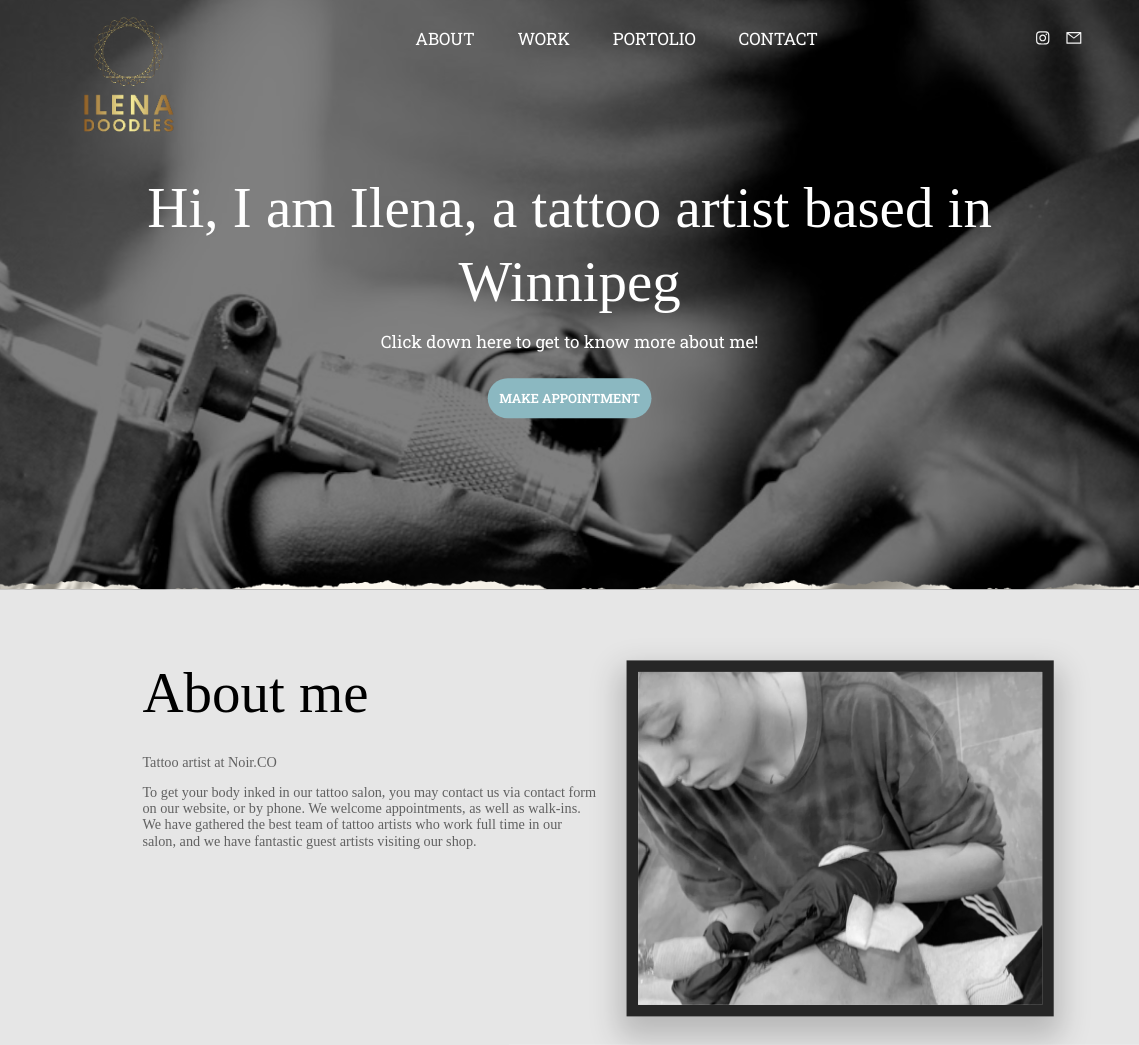
Repository: Leoka2000/Ilena
Page: /
These files come from the project's save history. The page is drawn as it stood at one moment and after the next save; the edit follows.
The browser window is 1280 px wide. The pictures show the whole page, at 89% of full size.
Some web fonts or font styles are not loaded; a fallback is used. The project was rebuilt for these pictures with package versions that can differ from the ones it lists, and the page was loaded fresh each time. Also part of the build but not shown: src/App.css.

Above is the page before, as saved 2023-03-02 23:36:33.

### public/index.html
<!DOCTYPE html>
<html lang="en">
  <head>
    <meta charset="utf-8" />
    <link rel="icon" href="%PUBLIC_URL%/favicon.ico" />
    <meta name="viewport" content="width=device-width, initial-scale=1" />
    <meta name="theme-color" content="#000000" />
    <meta
      name="description"
      content="Web site created using create-react-app"
    />
    <link rel="apple-touch-icon" href="%PUBLIC_URL%/logo192.png" />
    <!--
      manifest.json provides metadata used when your web app is installed on a
      user's mobile device or desktop. See https://developers.google.com/web/fundamentals/web-app-manifest/
    -->

    <!-- Gloock -->
    <link rel="preconnect" href="https://fonts.googleapis.com">
<link rel="preconnect" href="https://fonts.gstatic.com" crossorigin>
<link href="https://fonts.googleapis.com/css2?family=Fira+Sans+Extra+Condensed:wght@300&family=Inter:wght@300;400;500;600;700&family=Roboto+Condensed:wght@300&family=Roboto+Slab:wght@400;500;600&display=swap" rel="stylesheet">
    <!-- Gloock -->
    <!-- FONT MULISH -->
    <link rel="preconnect" href="https://fonts.googleapis.com">
<link rel="preconnect" href="https://fonts.gstatic.com" crossorigin>
<link href="https://fonts.googleapis.com/css2?family=Fira+Sans+Extra+Condensed:wght@300&family=Inter:wght@300;400;500;600;700&family=Roboto+Condensed:wght@300&family=Roboto+Slab:wght@400;500;600&display=swap" rel="stylesheet">
    <!-- FONT MULISH -->
    <link rel="manifest" href="%PUBLIC_URL%/manifest.json" />
    <!--
      Notice the use of %PUBLIC_URL% in the tags above.
      It will be replaced with the URL of the `public` folder during the build.
      Only files inside the `public` folder can be referenced from the HTML.

      Unlike "/favicon.ico" or "favicon.ico", "%PUBLIC_URL%/favicon.ico" will
      work correctly both with client-side routing and a non-root public URL.
      Learn how to configure a non-root public URL by running `npm run build`.
    -->
    <title>React App</title>
  </head>
  <body>
    <noscript>You need to enable JavaScript to run this app.</noscript>
    <div id="root"></div>
    <!--
      This HTML file is a template.
      If you open it directly in the browser, you will see an empty page.

      You can add webfonts, meta tags, or analytics to this file.
      The build step will place the bundled scripts into the <body> tag.

      To begin the development, run `npm start` or `yarn start`.
      To create a production bundle, use `npm run build` or `yarn build`.
    -->
  </body>
</html>

### src/App.js
import Home from './pages/home/home'
import './App.css';
import Navbar from './components/navbar';

function App() {
  return (
    <>
      <Navbar/>
    <Home/>
    </>
  );
}

export default App;

### src/pages/home/home.js
import React from 'react'
import Hero from '../hero/hero'
import About from '../about/about'


const home = () => {
  return (
    <>
      <Hero/>
      <About/>
    </>
  )
}

export default home

### src/components/navbar.jsx
import React, { useRef, useState } from 'react'
import './navbar.css'
import { AiOutlineInstagram } from 'react-icons/ai'
import { AiOutlineMail } from 'react-icons/ai'
import Logo from '../assets/brand/logo.png'
import { FaBars } from 'react-icons/fa'
import { FaTimes } from 'react-icons/fa'
import { Link } from 'react-scroll'

const Navbar = () => {
  const navRef = useRef();

  const showNavbar = () => {
    navRef.current.classList.toggle("responsive_nav");
  };

  return (
    <div className='navbar-renderer'>
      <nav ref={navRef}>
        <img src={Logo} />
        <ul>
          <li><Link onClick={showNavbar} spy={true} smooth={true} offset={100} duration={500}>ABOUT</Link></li>
          <li><Link onClick={showNavbar} spy={true} smooth={true} offset={100} duration={500}>WORK</Link></li>
          <li><Link onClick={showNavbar} spy={true} smooth={true} offset={100} duration={500}>PORTOLIO</Link></li>
          <li><Link onClick={showNavbar} spy={true} smooth={true} offset={100} duration={500}>CONTACT</Link></li>
        </ul>
        <div className='navbar-icons-wrapper'>
          <a><AiOutlineInstagram /></a>
          <a><AiOutlineMail /></a>
        </div>
        <button
          className="close"
          onClick={showNavbar}>
          <FaTimes />
        </button>
      </nav>

      <button onClick={showNavbar} className='bars-button'>
        <FaBars className='bars' />
      </button>
    </div>
  )
}

export default Navbar

### src/pages/hero/hero.js
import React from 'react'
import './hero.css'

const hero = () => {
  return (
    <section className='hero-section'>
      <h1>Hi, I am Ilena, a tattoo artist based in Winnipeg</h1>
      <p>Click down here to get to know more about me!</p>
      <button>MAKE APPOINTMENT</button>
    </section>
  )
}

export default hero

### src/pages/about/about.jsx
import React from 'react'
import './about.css'
import Illena from '../../assets/brand/Illena.jpg'
import Illena2 from '../../assets/brand/Illena2.jpg'

const About = () => {
  return (
    <section className='about-section'>
      <div className='left-about'>
        <h1>About me</h1>
        <h3>Tattoo artist at Noir.CO</h3>
        <p>To get your body inked in our tattoo salon, you may contact us via contact form on our website, or by phone. We welcome appointments, as well as walk-ins. We have gathered the best team of tattoo artists who work full time in our salon, and we have fantastic guest artists visiting our shop.</p>
      </div>
      <div className='right-about'>
        <div className='img-thumbnail'><img src={Illena2}/></div>
      </div>
    </section>
  )
}

export default About

### src/components/navbar.css
.navbar-renderer {
    display: flex;
    justify-content: center;
    position:absolute;
    width: 100%;
    z-index: 1;
}
nav {
    display: flex;
    height: 85px;
background-color: transparent;
justify-content: space-between;
align-items: center;
width: 90%;
font-family: 'Fira Sans Extra Condensed', sans-serif;
font-family: 'Inter', sans-serif;
font-family: 'Roboto Condensed', sans-serif;
font-family: 'Roboto Slab', serif;

}
nav > img {
width: 10rem;
height: 10rem;
margin-top: 5rem;
}

nav > ul {
    display: flex;
    gap: 3rem;
    font-size: 1.2rem;
    color: white;
}
nav > ul > li:hover {
    color: rgb(133, 113, 0);
}
nav > ul > li {
   list-style: none;
   cursor: pointer;
   transition: 0.5s;

}
.navbar-icons-wrapper {
    display: flex;
    color: whitesmoke;
    font-size: 1.2rem;
    gap: 1rem;

}
.navbar-icons-wrapper > a > svg {
    transition: 0.4s;
}
.navbar-icons-wrapper > a > svg:hover {
    cursor: pointer;
    color: rgb(133, 113, 0);
}
.bars-button {
    position: fixed;
    right: 10rem;
    font-size: 2rem;
    background-color: transparent;
    outline: none;
    border: none;
    cursor: pointer;
    display: none;
}
.close {
    display: none;
}
@media only screen and (max-width: 1024px) {
    .bars-button {
        position: fixed;
        right: 1.5em;
        top: 1.5rem;
        font-size: 2rem;
        background-color: transparent;
        outline: none;
        border: none;
        cursor: pointer;
        display: flex;
    }
    .close {
        position: absolute;
		top: 1.5rem;
		right: 1.5rem;
        color: rgb(0, 0, 0);
        background: transparent;
	border: none;
	outline: none;
    display: flex;
    font-size: 1.7rem;
    cursor: pointer;
     }
    .responsive_nav{
		transform: none;
        display: flex;
        justify-content: flex-start;
		width: 100%;


	}
	nav {
        position: fixed;
		top: 0rem;
		left: 0rem;
		height: 100%;
		width: 100%;
		display: flex;
		flex-direction: column;
		align-items: center;
		justify-content: flex-start;
		gap: 2rem;
        text-align: center;
		padding-top: 5rem;
		transition: 0.8s;
		transform: translateY(-200vh);
        color: #677294;
		/* IMPORTANTE */
		background-color: rgb(206, 206, 206);
        z-index: 50;
	/* aqui que a magica acontece, esse é mt importante */
	}
}

### src/pages/hero/hero.css
.hero-section {
  position: relative;
  padding: 12rem 0 12rem 0;
  background-image: url('../../assets/brand/hero-img.png');
  object-fit: contain;
  background-position: top;
  background-attachment: scroll;
  z-index: 0;
  display: flex;
  justify-content: center;
  flex-direction: column;
  align-items: center;
  text-align: center;
  color: white;
  gap: 0.8rem;
}

.hero-section::after {
    position: absolute; /*IMPORTANT!*/
    background-color: transparent;
    content: "";
    width: 100%;
    height: 10px;
    mix-blend-mode:difference;
    left: 0;
    z-index: 1;
    bottom: 0rem;
background: url(../../assets/brand/overlay-bottom.png);
}
.hero-section::before {
  content: "";
  position: absolute;
  top: 0;
  left: 0;
  width: 100%;
  height: 100%;
  background-color: rgba(0, 0, 0, 0.5); /* adjust the opacity as needed */
  filter: brightness(0.7); /* apply the filter to the overlay */
  z-index: -1;
}

.hero-section > h1 {
  font-family: 'Gloock', serif;
  font-size: 4rem;
  width: 80%;
  filter: brightness(100%);
  color: rgb(255, 255, 255);
  line-height: 1.3;
}

.hero-section > p {
  color: rgb(255, 255, 255);
  font-size: 1.2rem;
font-family: 'Roboto Slab', serif;

}
.hero-section > button {
    background: #8bb8c1;
    padding: 0.8rem;
    border-radius: 24px;
    border: none;
    color: white;
    font-family: 'Roboto Slab', serif;
    margin-top: 1rem;
    font-weight: 900;
    font-size: 0.9rem;
    cursor: pointer;
    z-index: 0;
    transition: 0.3s;
    transform: scale(1,1);
}

.hero-section > button:hover {
    background: #ffffff;
   color: black;
    font-size: 0.9rem;
    z-index: 0;
}

### src/pages/about/about.css
.about-section {
    padding: 5rem 6rem 2rem 10rem;
    background-color: #e6e6e6;
    display: flex;
}

.left-about  {
    padding-right: 2rem;
}
.left-about > h1 {
    font-size: 4rem;
    margin-bottom: 2rem;
}
.left-about > p, .left-about > h3  {
    color: rgb(97, 97, 97);

}
.left-about > h3 {
    margin-bottom: 1rem;
}
.img-thumbnail {
    width: 30rem;
    height: 25rem
}
.img-thumbnail > img {
    height: 100%;
    width: 100%;
    object-fit: cover;
    border: 13px solid #25262f;
    filter: grayscale(1);
padding: 0;
box-shadow: 0 16px 32px 8px rgba(0, 0, 0, 0.2);
}

Loaded but not shown: src/index.js (common file); src/index.css (common file)

After the next save:
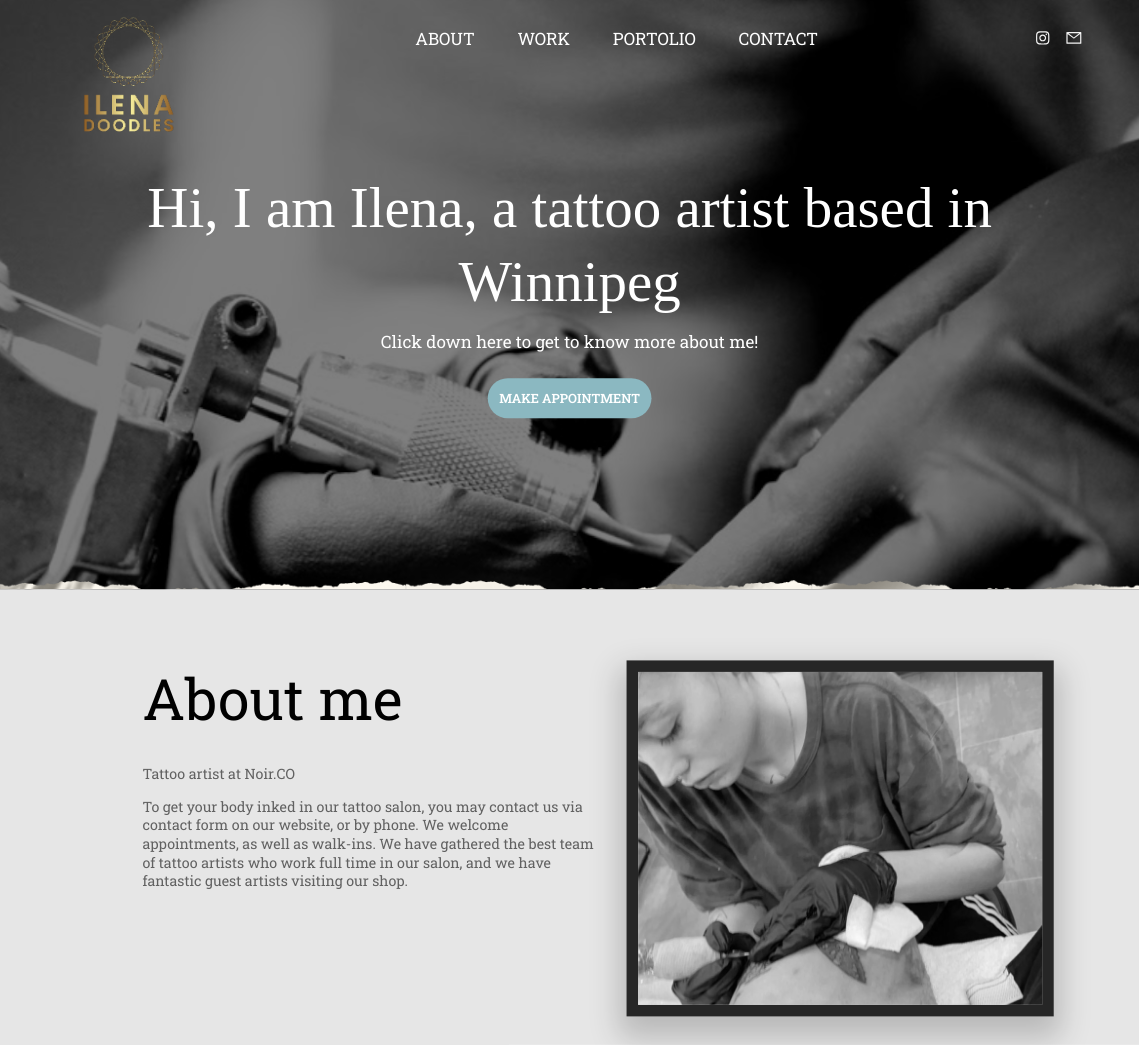
Saved 3 min 33 s later.
--- a/src/pages/about/about.css
+++ b/src/pages/about/about.css
@@ -2,6 +2,7 @@
     padding: 5rem 6rem 2rem 10rem;
     background-color: #e6e6e6;
     display: flex;
+    font-family: 'Roboto Slab', serif;
 }
 
 .left-about  {
